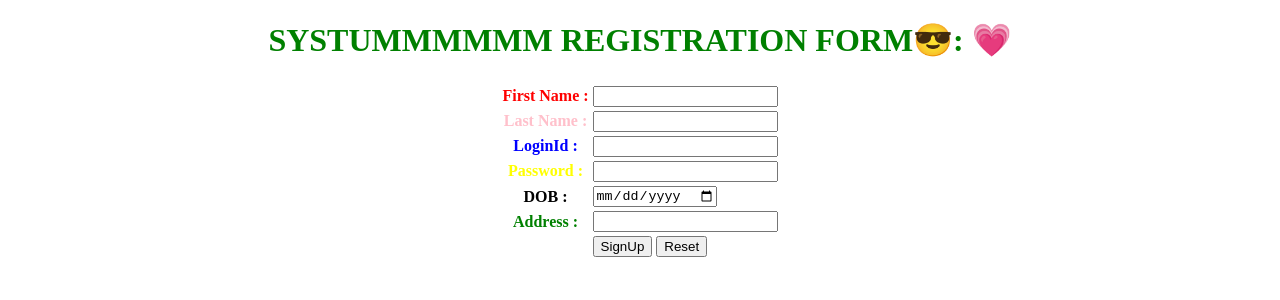
Repository: Jatdevta/AdvanceJava
Page: http://localhost/DynamicProject/UserRegistration.jsp
These files come from the project's save history. The page is drawn as it stood at one moment and after the next save; the edit follows.
The browser window is 1280 px wide. The pictures show the whole page.
The page is served by Tomcat 9. Other server files are loaded and not shown.

Above is the page before, as saved 2023-08-18 08:11:38.

### Advancejava/DynamicProject/WebContent/UserRegistration.jsp
<%@ page language="java" contentType="text/html; charset=ISO-8859-1"
	pageEncoding="ISO-8859-1"%>
<!DOCTYPE html>
<html>
<head>
<meta charset="ISO-8859-1">
<title>SYSTUMM....!!!!!!</title>
</head>
<body>
<center>
<body>
	<%
		String msg = (String) request.getAttribute("msg");
	%>
	<form action="UserCTL" method="post">
		<table>

			<tr>
				<%
					if (msg != null) {
				%>
				<%=msg%>
				<%
					}
				%>
			</tr>
			<tr>
			<h1>
			<font color="green">SYSTUMMMMMM REGISTRATION FORM&#128526: &#128151
			</font>
			</h1>

				<th style=color:red;> First Name :</th>
				<td><input type="text" name="firstName"></td>
			</tr>
			<tr>
				<th style=color:pink;>Last Name :</th>
				<td><input type="text" name="lastName"></td>
			</tr>
			<tr>
				<th style = color:blue;>LoginId :</th>
				<td><input type="text" name="loginId"></td>
			</tr>
			<tr>
				<th style = color:yellow;>Password :</th>
				<td><input type="password" name="password"></td>
			</tr>
			<tr>
				<th style = color:voilet;>DOB :</th>
				<td><input type="date" name="dob"></td>
			</tr>
			<tr>
				<th style = color:green;>Address :</th>
				<td><input type="text" name="address"></td>
			</tr>
			<tr>
				<th></th>
				<td><input type="submit" name="operation" value="SignUp">
					<input type="submit" name="operation" value="Reset"></td>
			</tr>
		</table>
	</form>
</body>
</html>

After the next save:
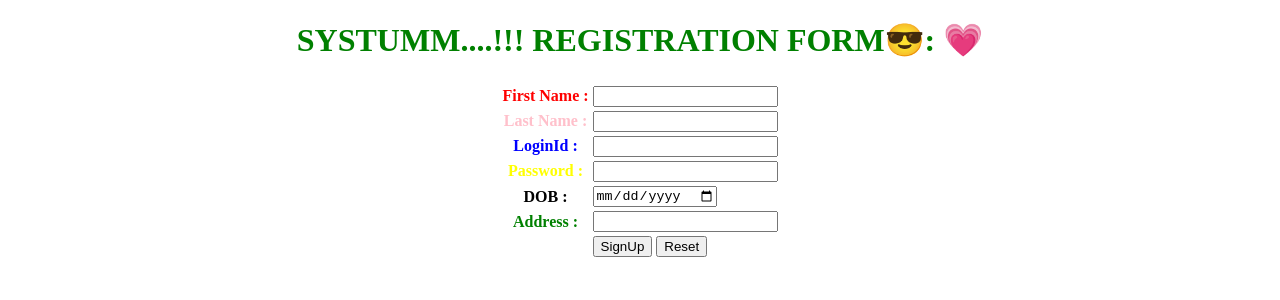
Saved 20 s later.
--- a/Advancejava/DynamicProject/WebContent/UserRegistration.jsp
+++ b/Advancejava/DynamicProject/WebContent/UserRegistration.jsp
@@ -26,7 +26,7 @@
 			</tr>
 			<tr>
 			<h1>
-			<font color="green">SYSTUMMMMMM REGISTRATION FORM&#128526: &#128151
+			<font color="green">SYSTUMM....!!! REGISTRATION FORM&#128526: &#128151
 			</font>
 			</h1>
 
